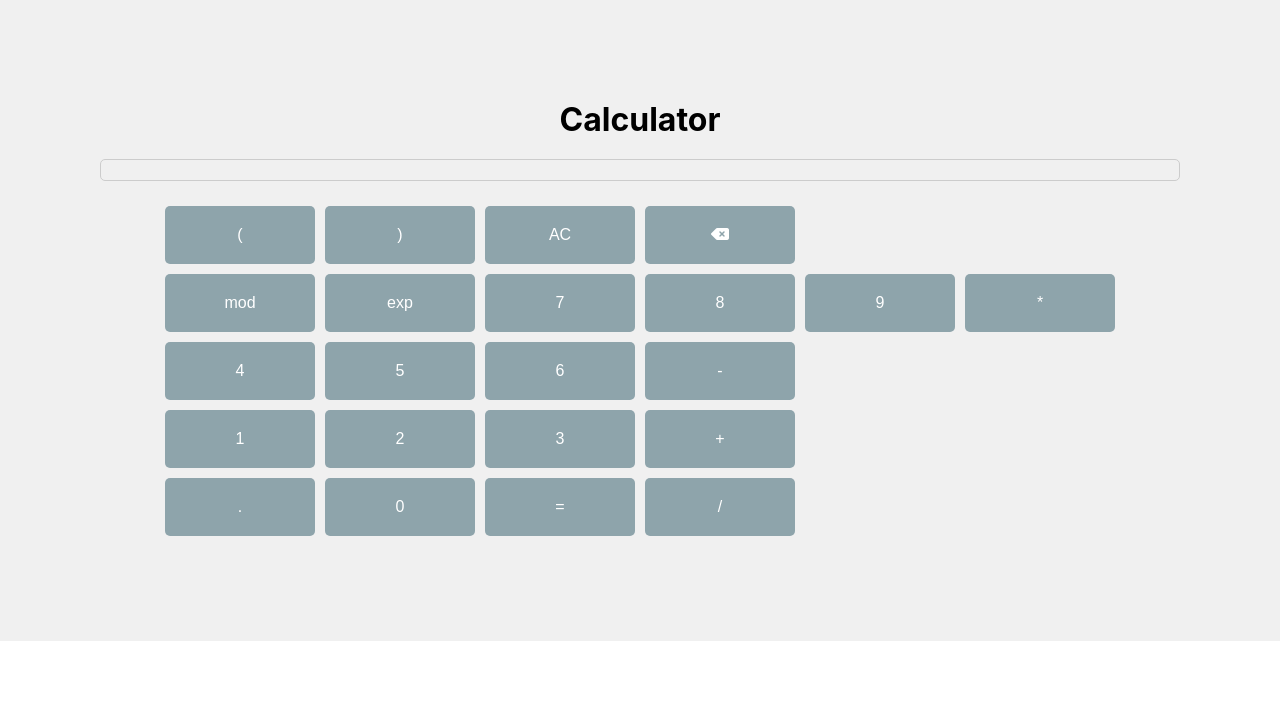
Repository: thesaherriaz/Calculator-React
Page: /
The author's editor kept a copy of each file at every save. The page is drawn from the files as they stood at one save, then again after the next save.
The browser window is 1280 px wide. The pictures show the whole page.
The project was rebuilt for these pictures with package versions that can differ from the ones it lists, and the page was loaded fresh each time.

Above is the page before, as saved 2025-06-18 15:29:46.

### public/index.html
<!DOCTYPE html>
<html lang="en">
  <head>
    <meta charset="utf-8" />
    <link rel="icon" href="%PUBLIC_URL%/favicon.ico" />
    <meta name="viewport" content="width=device-width, initial-scale=1" />
    <meta name="theme-color" content="#000000" />
    <meta
      name="description"
      content="Web site created using create-react-app"
    />
    <link rel="apple-touch-icon" href="%PUBLIC_URL%/logo192.png" />
    <link rel="stylesheet" href="https://cdnjs.cloudflare.com/ajax/libs/font-awesome/6.0.0/css/all.min.css">
    <!--
      manifest.json provides metadata used when your web app is installed on a
      user's mobile device or desktop. See https://developers.google.com/web/fundamentals/web-app-manifest/
    -->
    <link rel="manifest" href="%PUBLIC_URL%/manifest.json" />
    <!--
      Notice the use of %PUBLIC_URL% in the tags above.
      It will be replaced with the URL of the `public` folder during the build.
      Only files inside the `public` folder can be referenced from the HTML.

      Unlike "/favicon.ico" or "favicon.ico", "%PUBLIC_URL%/favicon.ico" will
      work correctly both with client-side routing and a non-root public URL.
      Learn how to configure a non-root public URL by running `npm run build`.
    -->
    <title>React App</title>
  </head>
  <body>
    <noscript>You need to enable JavaScript to run this app.</noscript>
    <div id="root"></div>
    <!--
      This HTML file is a template.
      If you open it directly in the browser, you will see an empty page.

      You can add webfonts, meta tags, or analytics to this file.
      The build step will place the bundled scripts into the <body> tag.

      To begin the development, run `npm start` or `yarn start`.
      To create a production bundle, use `npm run build` or `yarn build`.
    -->
  </body>
</html>

### src/App.js
import React from 'react'
import Calculator from './compnents/Calculator'

function App() {
  return (
    <Calculator />
  )
}

export default App

### src/compnents/Calculator.jsx
import React from 'react'
import './Calculator.css'
import { useState } from 'react'

function Calculator() {
    const [input, setInput] = useState('');
    const [result, setResult] = useState('');
    const handleClick = (value) => {
        return () => {
            const input = document.getElementById('input');
            if (value === 'AC') {
                setInput('');
            } else if (value === 'DEL') {
                setInput(input.value.slice(0, -1));
            } else if (value === '=') {
                try {
                    setResult(eval(input));
                    setInput('');
                } catch (error) {
                    setInput('Error');
                }
            } else {
                setInput(input + value);
            }
        };
    }
  return (
    <>
        <div className="Calculator">
            <h1>Calculator</h1>
            <div className="input">{input}</div>
            <div className="result">{result}</div>
            <div>
                <button className='btn-cal'onClick={handleClick('(')}>(</button>
                <button className='btn-cal'onClick={handleClick(')')}>)</button>
                <button className='btn-cal'onClick={handleClick('AC')}>AC</button>
                <button className='btn-cal'onClick={handleClick('DEL')}><i class="fa-solid fa-delete-left"></i></button> <br />
                <button className='btn-cal'onClick={handleClick('mod')}>mod</button>
                <button className='btn-cal'onClick={handleClick('exp')}>exp</button>
                <button className='btn-cal'onClick={handleClick('7')}>7</button>
                <button className='btn-cal'onClick={handleClick('8')}>8</button>
                <button className='btn-cal'onClick={handleClick('9')}>9</button>
                <button className='btn-cal'onClick={handleClick('*')}>*</button> <br />
                <button className='btn-cal'onClick={handleClick('4')}>4</button>
                <button className='btn-cal'onClick={handleClick('5')}>5</button>
                <button className='btn-cal'onClick={handleClick('6')}>6</button>
                <button className='btn-cal'onClick={handleClick('-')}>-</button> <br />
                <button className='btn-cal'onClick={handleClick('1')}>1</button>
                <button className='btn-cal'onClick={handleClick('2')}>2</button>
                <button className='btn-cal'onClick={handleClick('3')}>3</button>
                <button className='btn-cal'onClick={handleClick('+')}>+</button> <br />
                <button className='btn-cal'onClick={handleClick('.')}>.</button>
                <button className='btn-cal'onClick={handleClick('0')}>0</button>
                <button className='btn-cal'onClick={handleClick('=')}>=</button>
                <button className='btn-cal'onClick={handleClick('/')}>/</button>
            </div>
        </div>
    </>
  )
}

export default Calculator

### src/compnents/Calculator.css
*{
    box-sizing: border-box;
    margin: 0;
    padding: 0;

}
.Calculator {
  display: flex;
  flex-direction: column;
  align-items: center;
  justify-content: center;
  /* height: 100vh; */
  background-color: #f0f0f0;
  padding: 100px;
}
.btn-cal{
  background-color: #8ea4ab;
  width: 150px;
  color: white;
  border: none;
  padding: 20px;
  font-size: 16px;
  cursor: pointer;
  border-radius: 5px;
  margin: 5px;
  transition: background-color 0.3s ease;
}

.input {
  width: 100%;
  padding: 10px;
  font-size: 16px;
  border: 1px solid #ccc;
  border-radius: 5px;
  margin: 20px;
}

Loaded but not shown: src/index.js (common file); src/index.css (common file); src/reportWebVitals.js (common file)

After the next save:
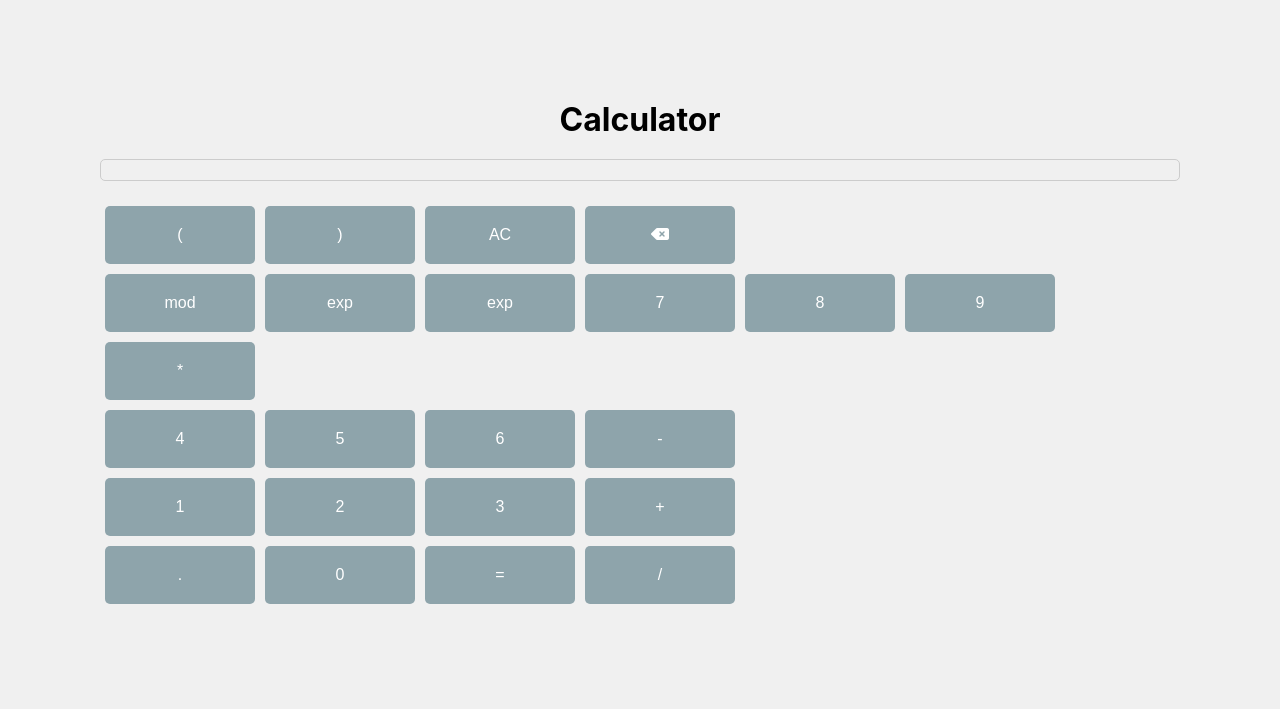
Saved 15 s later.
--- a/src/compnents/Calculator.jsx
+++ b/src/compnents/Calculator.jsx
@@ -37,6 +37,7 @@ function Calculator() {
                 <button className='btn-cal'onClick={handleClick('DEL')}><i class="fa-solid fa-delete-left"></i></button> <br />
                 <button className='btn-cal'onClick={handleClick('mod')}>mod</button>
                 <button className='btn-cal'onClick={handleClick('exp')}>exp</button>
+                <button className='btn-cal'onClick={handleClick('exp')}>exp</button>
                 <button className='btn-cal'onClick={handleClick('7')}>7</button>
                 <button className='btn-cal'onClick={handleClick('8')}>8</button>
                 <button className='btn-cal'onClick={handleClick('9')}>9</button>
